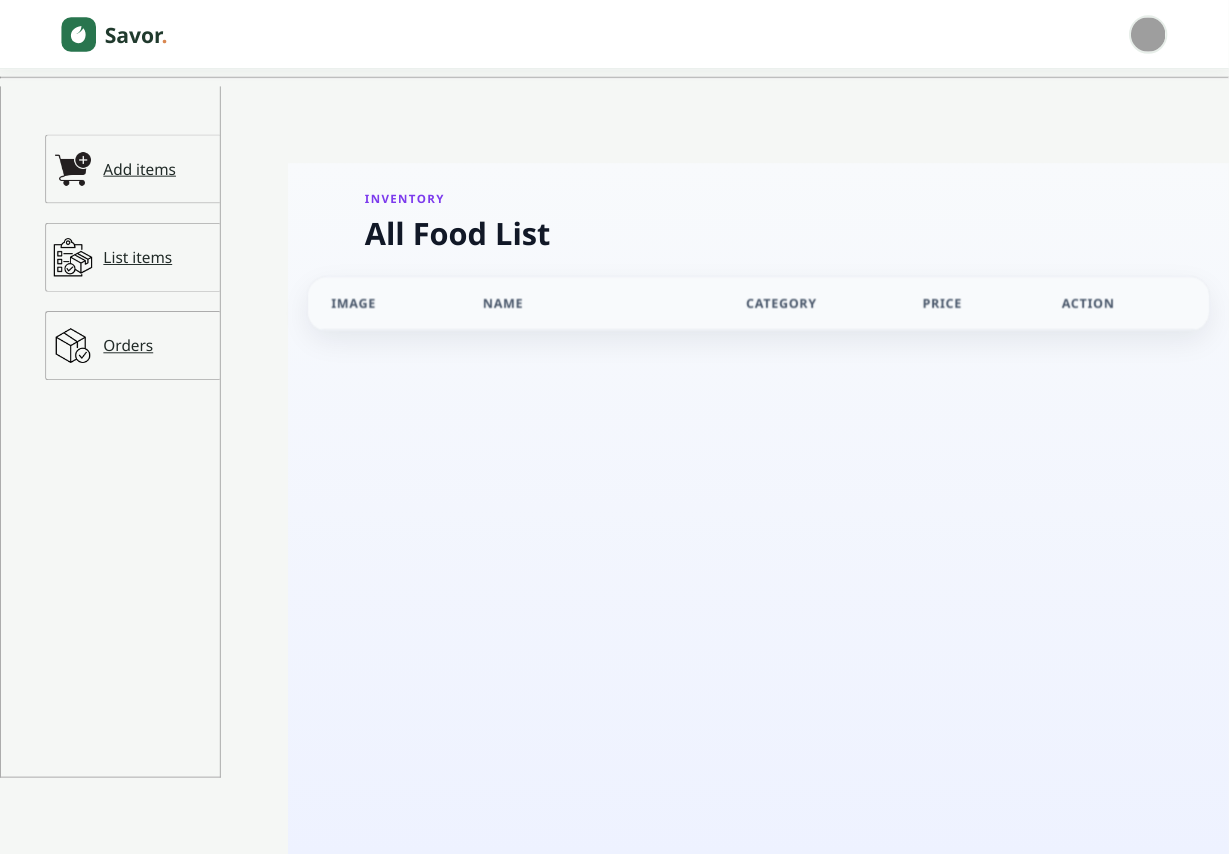
Repository: prince44991/Ecommerce-Project-Full-Stack
Page: /Listitem (app in admin/my-react-app/)
An editor plug-in stored every save of this project. The page is shown before and after the next save, followed by the edit.
The browser window is 1280 px wide. The pictures show the whole page, at 96% of full size.
Pictures or frames that could not be fetched are drawn as grey boxes. The page's requests for data from a server got no answer. The project was rebuilt for these pictures with package versions that can differ from the ones it lists, and the page was loaded fresh each time. No one was signed in, and anything a server would have sent is missing. Also part of the build but not shown: admin/my-react-app/vite.config.js, admin/my-react-app/src/pages/Add/Add.css, admin/my-react-app/src/pages/Add/Add.jsx, admin/my-react-app/src/pages/Order/Order.jsx.

Above is the page before, as saved 2026-09-30 16:14:45.

### admin/my-react-app/index.html
<!doctype html>
<html lang="en">
  <head>
    <meta charset="UTF-8" />
    <link rel="icon" type="image/svg+xml" href="/favicon.svg" />
    <meta name="viewport" content="width=device-width, initial-scale=1.0" />
    <title>my-react-app</title>
  </head>
  <body>
    <div id="root"></div>
    <script type="module" src="/src/main.jsx"></script>
  </body>
</html>

### admin/my-react-app/src/index.css
:root {
  font-family: 'DM Sans', 'Segoe UI', sans-serif;
  font-synthesis: none;
  text-rendering: optimizeLegibility;
  -webkit-font-smoothing: antialiased;
  -moz-osx-font-smoothing: grayscale;
  font-optical-sizing: auto;
  font-weight: 400;
  color: #202a27;
  background: #f5f7f5;
}

* {
  box-sizing: border-box;
}

body {
  min-width: 320px;
  min-height: 100vh;
  margin: 0;
}

button,
input {
  font: inherit;
}

a {
  color: inherit;
}

### admin/my-react-app/src/App.jsx
import Navbar from './components/Navbar/Navbar.jsx'
import Sliderbar from './components/Sliderbar/Sliderbar.jsx'
import { BrowserRouter, Route, Routes } from "react-router-dom"
import Add from './pages/Add/Add.jsx'
import Order from './pages/Order/Order.jsx'
import List from './pages/List/List.jsx'
import { ToastContainer, toast } from 'react-toastify';
function App() {
  return (
    <>
    <BrowserRouter>
    <ToastContainer/>
    <Navbar />
    <hr/>
    <Sliderbar/>
    <Routes>
      <Route path='/Additem' element={<Add/>} />
      <Route path='/Listitem' element={<List/>} />
      <Route path='/Orders' element={<Order/>} />
    </Routes>
    </BrowserRouter>
    </>
  )
}

export default App

### admin/my-react-app/src/components/Navbar/Navbar.jsx
import React from 'react'
import './Navbar.css'

const Navbar = () => {
  return (
    <header className="navbar">
      <a className="navbar__brand" href="#dashboard" aria-label="Savor admin dashboard">
        <span className="navbar__logo" aria-hidden="true">
          <svg viewBox="0 0 32 32" fill="none">
            <path d="M16 27c-6.2 0-10-4.2-10-9.7C6 11.6 10.5 6 19.5 5c-.2 5.6-2.7 8.3-6.8 10.2 3.4-1.1 7-3.7 9.2-7.4C27.7 14 24.8 27 16 27Z" fill="currentColor" />
            <path d="M9 23c3.2-4.2 6.1-6.3 10.8-8.4" stroke="white" strokeWidth="1.8" strokeLinecap="round" />
          </svg>
        </span>
        <span className="navbar__name">Savor<span>.</span></span>
      </a>

      <img
        className="navbar__avatar"
        src="https://images.unsplash.com/photo-1534528741775-53994a69daeb?auto=format&fit=crop&w=128&h=128&q=80"
        alt="Admin profile"
      />
    </header>
  )
}

export default Navbar

### admin/my-react-app/src/components/Sliderbar/Sliderbar.jsx
import React from 'react'
import './Sliderbar.css'
import item from '../../assets/add-to-cart.png';
import list from '../../assets/list-items.png';
import order from '../../assets/package.png';
import { NavLink } from 'react-router-dom';
const Sliderbar = () => {
  return (
    <div>
    <div className="sidebar">
        <div className="sidbar-options">
            <div className="sidbar-option">
                <img src={item} alt="" />
                <NavLink to="/Additem"><p className='par'>Add items</p></NavLink>
            </div>
            <div className="sidbar-option">
                <img src={list} alt="" />
                <NavLink to="/Listitem"><p className='par'>List items</p></NavLink>
            </div>
            <div className="sidbar-option">
                <img src={order} alt="" />
                <NavLink to="/Orders"><p className='par'>Orders</p></NavLink>
            </div>
        </div>
    </div>
    </div>
  )
}

export default Sliderbar

### admin/my-react-app/src/pages/List/List.jsx
import axios from 'axios';
import { useEffect, useState } from 'react';
import './List.css';

const List = () => {
  const [display, setDisplay] = useState([]);

  const datafetch = async () => {
    try {
      const url = 'http://localhost:8001';
      const response = await axios.get(`${url}/view/product`);
      setDisplay(response.data.data);
    } catch (error) {
      console.error('Error fetching products:', error);
      setDisplay([]);
    }
  };

  useEffect(() => {
    datafetch();
  }, []);

  return (
    <div className="list-page">
      <div className="list-header ">
        <div className='head'>
          <p className="eyebrow">Inventory</p>
          <h2>All Food List</h2>
        </div>

      </div>

      <div className="list-table-wrapper">
        <div className="list-table-format title">
          <b>Image</b>
          <b>Name</b>
          <b>Category</b>
          <b>Price</b>
          <b>Action</b>
        </div>

        {display.map((r, index) => (
          <div key={index} className="list-table-format row">
            <img
              src={`http://localhost:8001/uploads/${r.image}`}
              alt={r.productname}
            />

            <div className="food-info">
              <p className="food-name">{r.productname}</p>
              <span className="food-desc">{r.description}</span>
            </div>

            <p className="category-pill">{r.catagory}</p>
            <p className="price-tag">₹{r.price}</p>

            <div className="action-cell">
              <button type="button" className="row-action">*</button>
            </div>
          </div>
        ))}
      </div>
    </div>
  );
};

export default List;

### admin/my-react-app/src/components/Navbar/Navbar.css
.navbar {
	display: flex;
	width: 100%;
	min-height: 72px;
	align-items: center;
	justify-content: space-between;
	gap: 24px;
	padding: 0 clamp(18px, 5vw, 64px);
	border-bottom: 1px solid #e8eeea;
	background: #fff;
	box-shadow: 0 3px 14px rgb(30 59 43 / 5%);
}

.navbar__brand {
	display: inline-flex;
	flex: 0 0 auto;
	align-items: center;
	gap: 9px;
	color: #203a2d;
	text-decoration: none;
}

.navbar__logo {
	display: grid;
	width: 36px;
	height: 36px;
	place-items: center;
	border-radius: 10px;
	color: #fff;
	background: #28754e;
}

.navbar__logo svg {
	width: 26px;
	height: 26px;
}

.navbar__name {
	font-size: 22px;
	font-weight: 700;
}

.navbar__name span {
	color: #d98750;
}

.navbar__avatar {
	width: 40px;
	height: 40px;
	flex: 0 0 auto;
	border: 2px solid #e7eee9;
	border-radius: 50%;
	object-fit: cover;
	object-position: center 38%;
}

.navbar__brand:focus-visible {
	outline: 2px solid #28754e;
	outline-offset: 4px;
}

@media (max-width: 560px) {
	.navbar {
		min-height: 64px;
		gap: 18px;
		padding: 0 18px;
	}
}

### admin/my-react-app/src/components/Sliderbar/Sliderbar.css
img{
    width: 40px;
}

.sidebar{
    width: 18%;
     min-height: 100vh;
    border: 1.5px solid #a9a9a9;
    border-top: 0;
}
.sidbar-options{
    padding-top: 50px;
    padding-left: 20%;
    display: flex;
    flex-direction: column;
    gap: 20px;
}
.sidbar-option{
    display: flex;
     align-items: center;
    gap: 12px;
    border: 1px solid #a9a9a9;
    border-right: 0;
    padding: 8px;
    border-radius: 3px 0px 0px 3px;
    cursor: pointer;
     /* text-decoration: none; */
}
.par{
    text-decoration: none;
}

### admin/my-react-app/src/pages/List/List.css
.list-page {
  max-width: 1000px;
  margin: 0 auto;
  padding: 28px 20px;
  background: linear-gradient(180deg, #f8fafc 0%, #eef2ff 100%);
  min-height: 100vh;
  font-family: 'Segoe UI', Tahoma, Geneva, Verdana, sans-serif;
  margin-left: 300px;
  margin-top: -50vw;
}

.list-header {
  display: flex;
  justify-content: space-between;
  align-items: center;
  margin-bottom: 24px;
}

.eyebrow {
  margin: 0 0 6px;
  font-size: 12px;
  letter-spacing: 0.12em;
  text-transform: uppercase;
  color: #7c3aed;
  font-weight: 700;
  /* margin-left: 20px; */
}
.head{
    margin-left: 60px;
}

.list-header h2 {
  margin: 0;
  font-size: 32px;
  color: #111827;
}

.add-btn {
  border: none;
  background: linear-gradient(135deg, #7c3aed, #4f46e5);
  color: white;
  padding: 12px 18px;
  border-radius: 12px;
  font-weight: 600;
  cursor: pointer;
  box-shadow: 0 10px 20px rgba(124, 58, 237, 0.2);
  transition: transform 0.2s ease;
}

.add-btn:hover {
  transform: translateY(-1px);
}

.list-table-wrapper {
  max-width: 980px;
  margin: 0 auto;
  background: rgba(255, 255, 255, 0.8);
  backdrop-filter: blur(6px);
  border: 1px solid rgba(148, 163, 184, 0.18);
  border-radius: 20px;
  box-shadow: 0 10px 30px rgba(15, 23, 42, 0.08);
  overflow: hidden;
}

.list-table-format {
  display: grid;
  grid-template-columns: 1.1fr 2fr 1.3fr 1fr 1fr;
  align-items: center;
  gap: 16px;
  padding: 18px 24px;
}

.list-table-format.title {
  background: #f8fafc;
  border-bottom: 1px solid #e2e8f0;
  color: #475569;
  font-size: 13px;
  text-transform: uppercase;
  letter-spacing: 0.06em;
}

.list-table-format.row {
  border-bottom: 1px solid #edf2f7;
  background: white;
  transition: background 0.2s ease;
}

.list-table-format.row:last-child {
  border-bottom: none;
}

.list-table-format.row:hover {
  background: #faf5ff;
}

.list-table-format img {
  width: 72px;
  height: 72px;
  object-fit: cover;
  border-radius: 14px;
  border: 1px solid #e2e8f0;
  background: #f1f5f9;
}

.food-info {
  display: flex;
  flex-direction: column;
  gap: 4px;
}

.food-name {
  margin: 0;
  font-size: 16px;
  font-weight: 700;
  color: #111827;
}

.food-desc {
  color: #64748b;
  font-size: 12px;
  line-height: 1.4;
}

.category-pill {
  margin: 0;
  display: inline-flex;
  justify-self: start;
  padding: 8px 12px;
  border-radius: 999px;
  background: #ede9fe;
  color: #6d28d9;
  font-size: 12px;
  font-weight: 700;
}

.price-tag {
  margin: 0;
  font-size: 16px;
  font-weight: 700;
  color: #0f172a;
}

.action-cell {
  display: flex;
  justify-content: flex-end;
}

.row-action {
  border: none;
  background: #ecfdf5;
  color: #047857;
  padding: 10px 14px;
  border-radius: 10px;
  font-weight: 700;
  cursor: pointer;
}

@media (max-width: 768px) {
  .list-page {
    padding: 16px;
  }

  .list-header {
    flex-direction: column;
    align-items: flex-start;
    gap: 16px;
  }

  .list-table-wrapper {
    overflow-x: auto;
  }

  .list-table-format {
    min-width: 620px;
  }
}

Loaded but not shown: admin/my-react-app/src/main.jsx (common file)

After the next save:
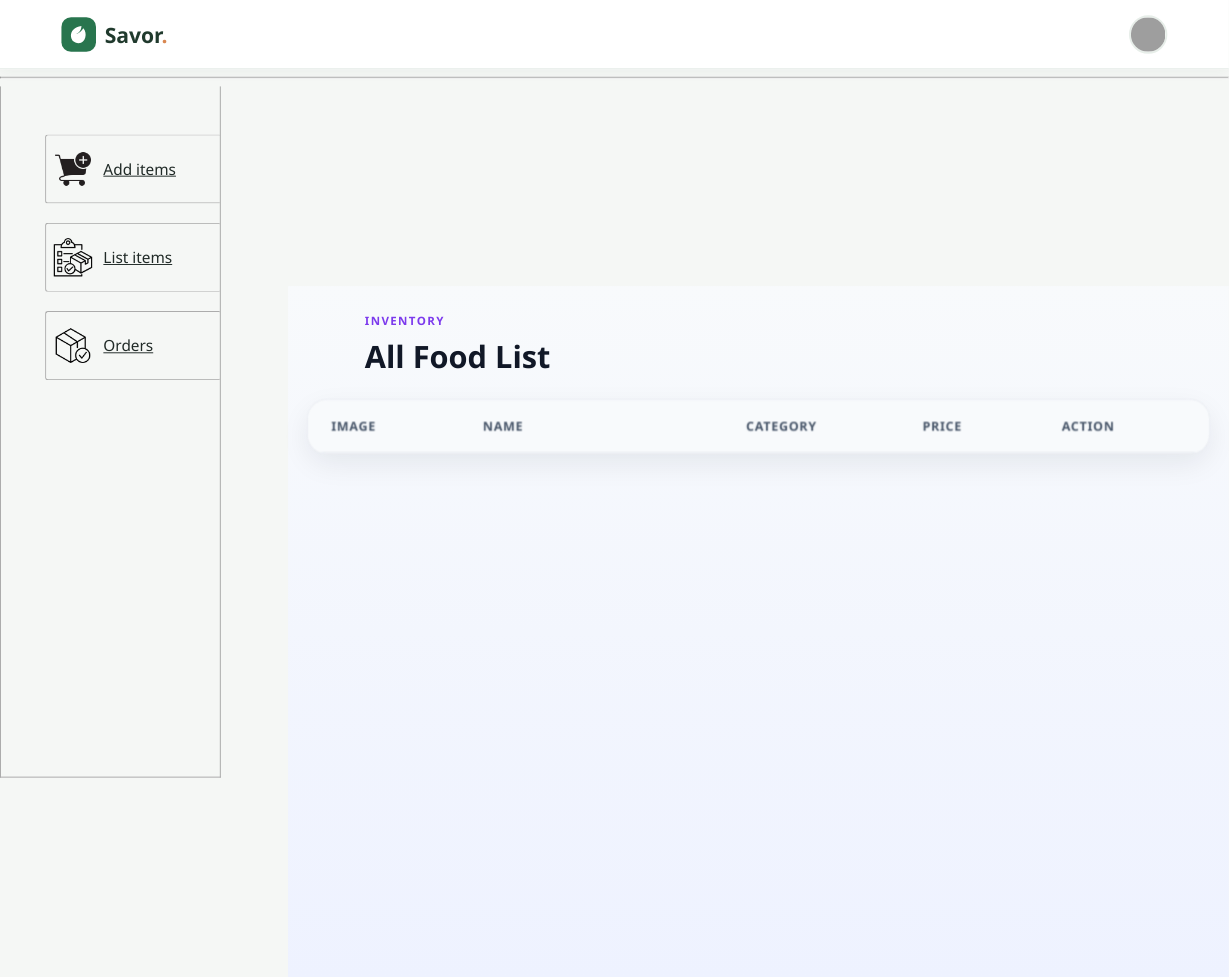
Saved 7 s later.
--- a/admin/my-react-app/src/pages/List/List.css
+++ b/admin/my-react-app/src/pages/List/List.css
@@ -6,7 +6,7 @@
   min-height: 100vh;
   font-family: 'Segoe UI', Tahoma, Geneva, Verdana, sans-serif;
   margin-left: 300px;
-  margin-top: -50vw;
+  margin-top: -40vw;
 }
 
 .list-header {
